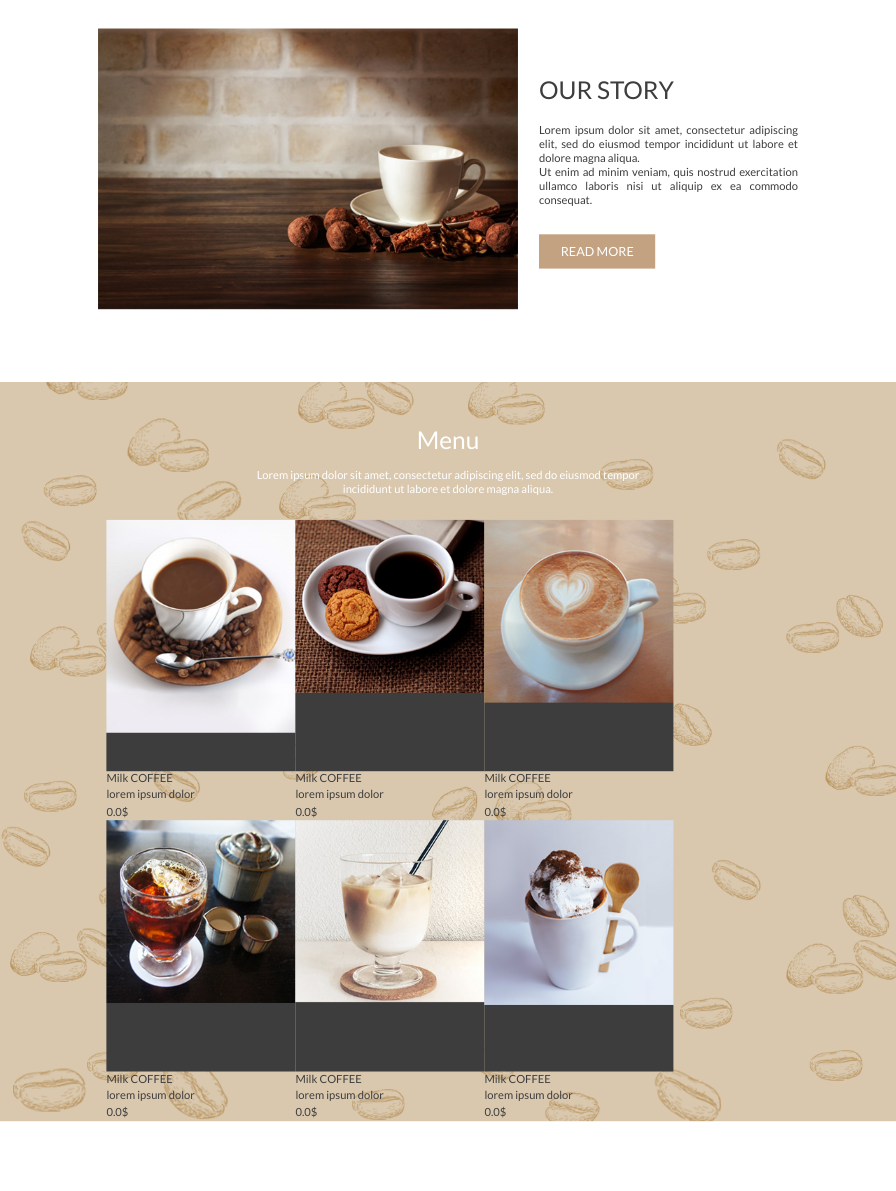
Repository: kuluong2000/coffe
Page: index.html
These files come from the project's save history. The page is drawn as it stood at one moment and after the next save; the edit follows.
The browser window is 1280 px wide. The pictures show the part of the page from y = 714 to 2634 px (the page is 2416 px tall before and 2634 px after), at 70% of full size.

Above is the page before, as saved 2021-10-04 21:56:50.

### index.html
<!DOCTYPE html>
<html lang="en">
  <head>
    <meta charset="UTF-8" />
    <meta http-equiv="X-UA-Compatible" content="IE=edge" />
    <meta name="viewport" content="width=device-width, initial-scale=1.0" />
    <link rel="stylesheet" href="./libs/css/bootstrap.min.css" />
    <link rel="stylesheet" href="./libs/css/animate.css" />
    <link rel="stylesheet" href="./libs/css/slick-theme.css" />
    <link rel="stylesheet" href="./libs/css/slick.css" />
    <link rel="stylesheet" href="./Assets/css/reset.css" />
    <link rel="stylesheet" href="./Assets/css/style.css" />
    <link rel="stylesheet" href="./Assets/css/responsive.css" />
    <title>Document</title>
  </head>
  <body>
    <header class="header">
      <div class="container">
        <div class="row">
          <div class="header-main">
            <div class="header-menu">
              <a href="#">
                <img src="./Assets/image/logo.png" alt="" srcset="" />
              </a>
            </div>
            <nav>
              <ul class="header-menu">
                <li class="header-menu-item"><a href="#" class="header-menu-link">Home</a></li>
                <li class="header-menu-item"><a href="#" class="header-menu-link">Our Story</a></li>
                <li class="header-menu-item"><a href="#" class="header-menu-link">Menu</a></li>
                <li class="header-menu-item"><a href="#" class="header-menu-link">Order</a></li>
                <li class="header-menu-item"><a href="#" class="header-menu-link">About Us</a></li>
                <li class="header-menu-item"><a href="#" class="header-menu-link">Contact</a></li>
                <li class="header-menu-item"><a href="#" class="header-menu-link">Cart</a></li>
              </ul>
            </nav>
          </div>
        </div>
      </div>
    </header>
    <main>
      <section class="banner">
        <div class="banner-img">
          <img src="./Assets/image/banner.jpg" alt="" srcset="" />
        </div>
        <div class="container">
          <div class="row">
            <div class="banner-main">
              <div class="banner-content">
                <h1 class="banner-heading">HELLO COFFEE</h1>
                <p class="banner-desc">Lorem ipsum dolor sit amet, consectetur adipiscing elit, sed do eiusmod tempor incididunt ut labore et...</p>
                <a href="#" class="btn"> Read More </a>
              </div>
            </div>
          </div>
        </div>
      </section>
      <section class="story">
        <div class="container">
          <div class="row">
            <div class="story-main">
              <div class="story-media">
                <div class="story-image">
                  <img src="./Assets/image/story.jpg" alt="" />
                </div>
              </div>
              <div class="story-info">
                <div class="story-title">Our Story</div>
                <p class="story-desc">
                  Lorem ipsum dolor sit amet, consectetur adipiscing elit, sed do eiusmod tempor incididunt ut labore et dolore magna aliqua.
                  <br />
                  Ut enim ad minim veniam, quis nostrud exercitation ullamco laboris nisi ut aliquip ex ea commodo consequat.
                </p>
                <a href="#" class="btn">Read More</a>
              </div>
            </div>
          </div>
        </div>
      </section>
      <section class="menu">
        <div class="container">
          <div class="row">
            <div class="menu-main">
              <div class="box">
                <h2 class="title menu-box-title">Menu</h2>
                <p class="desc menu-box-desc">Lorem ipsum dolor sit amet, consectetur adipiscing elit, sed do eiusmod tempor incididunt ut labore et dolore magna aliqua.</p>
              </div>
              <div class="menu-list">
                <div class="menu-item">
                  <div class="menu-item-image">
                    <img src="./Assets/image/menu_img1.jpg" alt="" />
                  </div>
                  <div class="menu-item-info">
                    <div class="menu-item-content">
                      <h2 class="menu-item-name">Milk COFFEE</h2>
                      <p class="menu-item-desc">lorem ipsum dolor</p>
                    </div>
                    <p class="menu-item-price">0.0$</p>
                  </div>
                </div>
                <div class="menu-item">
                  <div class="menu-item-image">
                    <img src="./Assets/image/menu_img2.jpg" alt="" />
                  </div>
                  <div class="menu-item-info">
                    <div class="menu-item-content">
                      <h2 class="menu-item-name">Milk COFFEE</h2>
                      <p class="menu-item-desc">lorem ipsum dolor</p>
                    </div>
                    <p class="menu-item-price">0.0$</p>
                  </div>
                </div>
                <div class="menu-item">
                  <div class="menu-item-image">
                    <img src="./Assets/image/menu_img3.jpg" alt="" />
                  </div>
                  <div class="menu-item-info">
                    <div class="menu-item-content">
                      <h2 class="menu-item-name">Milk COFFEE</h2>
                      <p class="menu-item-desc">lorem ipsum dolor</p>
                    </div>
                    <p class="menu-item-price">0.0$</p>
                  </div>
                </div>
                <div class="menu-item">
                  <div class="menu-item-image">
                    <img src="./Assets/image/menu_img4.jpg" alt="" />
                  </div>
                  <div class="menu-item-info">
                    <div class="menu-item-content">
                      <h2 class="menu-item-name">Milk COFFEE</h2>
                      <p class="menu-item-desc">lorem ipsum dolor</p>
                    </div>
                    <p class="menu-item-price">0.0$</p>
                  </div>
                </div>
                <div class="menu-item">
                  <div class="menu-item-image">
                    <img src="./Assets/image/menu_img5.jpg" alt="" />
                  </div>
                  <div class="menu-item-info">
                    <div class="menu-item-content">
                      <h2 class="menu-item-name">Milk COFFEE</h2>
                      <p class="menu-item-desc">lorem ipsum dolor</p>
                    </div>
                    <p class="menu-item-price">0.0$</p>
                  </div>
                </div>
                <div class="menu-item">
                  <div class="menu-item-image">
                    <img src="./Assets/image/menu_img6.jpg" alt="" />
                  </div>
                  <div class="menu-item-info">
                    <div class="menu-item-content">
                      <h2 class="menu-item-name">Milk COFFEE</h2>
                      <p class="menu-item-desc">lorem ipsum dolor</p>
                    </div>
                    <p class="menu-item-price">0.0$</p>
                  </div>
                </div>
              </div>
            </div>
          </div>
        </div>
      </section>
    </main>

    <script src="./libs/Js/jquery-3.5.1.slim.min.js"></script>
    <script src="./libs/Js/bootstrap.min.js"></script>
    <script src="./libs/Js/slick.min.js"></script>
    <script src="./libs/Js/wow.js"></script>
  </body>
</html>

### Assets/css/reset.css
html, body, div, span, applet, object, iframe,
h1, h2, h3, h4, h5, h6, p, blockquote, pre,
a, abbr, acronym, address, big, cite, code,
del, dfn, em, img, ins, kbd, q, s, samp,
small, strike, strong, sub, sup, tt, var,
b, u, i, center,
dl, dt, dd, ol, ul, li,
fieldset, form, label, legend,
table, caption, tbody, tfoot, thead, tr, th, td,
article, aside, canvas, details, embed,
figure, figcaption, footer, header, hgroup,
menu, nav, output, ruby, section, summary,
time, mark, audio, video {
	margin: 0;
	padding: 0;
	border: 0;
	font-size: 100%;
	vertical-align: baseline;
}
/* HTML5 display-role reset for older browsers */
article, aside, details, figcaption, figure,
footer, header, hgroup, menu, nav, section {
	display: block;
}
* {
	box-sizing: border-box;
}
body {
	line-height: 1;
  font-family: 'Muli', sans-serif;


  font-style: normal;
  font-weight: normal;
  font-size: 16px;
  line-height: 32px;
}
ol, ul {
	list-style: none;
}
blockquote, q {
	quotes: none;
}
blockquote:before, blockquote:after,
q:before, q:after {
	content: '';
	content: none;
}
table {
	border-collapse: collapse;
	border-spacing: 0;
}

img {
  max-width: 100%;
	vertical-align: bottom;
}
a {
	outline: none;
}

### Assets/css/style.css
@import url('https://fonts.googleapis.com/css2?family=Lato:ital,wght@0,400;0,700;0,900;1,300;1,400;1,700;1,900&display=swap');
body{
    font-family: 'Lato', sans-serif;
    font-size: 16px;
    line-height: 1.6;
    color: #3d3d3d;
    font-weight: 400;
}
.header{
    position: absolute;
    width: 100%;
    background-color: rgba(0,0,0 , 0.5);
    padding: 20px 0 20px;
    z-index: 99;
}
.header-main{
    display:flex;
    justify-content: space-between;
    align-items: center;
}
.header-menu{
    display:flex;
    justify-content: space-between;
    align-items: center;
}
.header-menu-item{
    list-style-type: none;
}
.header-menu-item:not(:first-child){
    margin-left: 25px;
}
.header-menu-link{
    position: relative;
    color: white;
    text-transform: uppercase;
    text-decoration: none;
    font-size: 12px;
    padding-bottom: 7px;

}
.header-menu-link::before{
    content: '';
    position: absolute;
    bottom: 0;
    left:  0;
    height: 2px;
    width: 100%;
    background-color: #c3a281;
    transform: scale(0);
    transition: 0.5s;
    transform-origin: right;
}
.header-menu-link:hover,
.header-menu-link:hover::before{
    color: #c3a281;
    transform: scale(1);
}
.banner{
    position: relative;
    min-height: 660px;
}
.banner-img{
    position: relative;
    z-index: -1;
    object-fit: cover;
    width: 100%;
}
.banner-img img{
    width: 100%;
}

.banner-main{
    position: absolute;
    left: auto;
    top: 50%;
    transform: translateY(-50%);
    color: white;
    width: max-content;

}

.banner-heading{
    font-weight: 400;
    font-size: 48px;
    letter-spacing: 0.5px;
    margin-bottom: 40px;
}
.banner-desc{
    width: 390px;
    margin-bottom: 40px;
}
.btn{
    font-size: 18px;
    color: white;
    font-weight: 400;
    padding: 10px 30px;
    background-color: #c3a281;
    border-radius: 0%;
    text-transform: uppercase;
}
.btn:hover{
    color: white;
}
.story{
    padding-top: 95px;
    min-height: 600px;
}
.story-main{
    display:flex;
    padding: 0 70px;
    align-items: center;
}
.story-media{
    position: relative;
}
.story-icon-play{
    position: absolute;
    top: 50%;
    left: 50%;
    transform:translate(-50%,-50%);
}
.story-image{
    min-width: 600px;
    height: 100%;
    object-fit: cover;
}
.story-image img{
    width: 100%;
    height: 100%;
}
.story-info{
    margin-left: 30px;
}
.story-title{
    font-size: 35px;
    margin-bottom: 20px;
    text-transform: uppercase;
}
.story-desc{
    text-align: justify;
    margin-bottom: 40px;
    line-height: 20px;
}
.menu{
    margin-bottom: 100px;
    background: url(/Assets/image/menu_bg.png) no-repeat center / cover;
}
.box{
    padding-top: 60px;
    margin: 0 auto;
    width: 100%;
    max-width: 570px;
    text-align: center  ;
}
.title{
    font-size: 35px;
    margin-bottom: 20px;
    color: white;
}
.desc{
    line-height: 20px;
    color: white;
    margin-bottom: 35px;
}
.menu-list{
    /* display: grid;
    grid-template-columns: repeat(3,1fr);
    grid-gap: 80px 110px; */
    display: flex;
    flex-wrap: wrap;
    padding: 0 70px;

}

.menu-item{
    width: calc((100% - 110px) / 3;
    position: relative;

}
.menu-item:hover .menu-item-info{
    height: 130px;
    background-color: #3d3d3d;
    color: #c3a281;
}
.menu-item:hover .menu-item-price{
    display: none;
}
.menu-item:hover .menu-item-name{
    border-bottom: 2px solid #c3a281;
}
.menu-item-info{
    display: flex;
    justify-content: space-between;
    background-color: #c3a281;
    padding: 20px 15px;
    width: 270px;
    height: 100px;
    position: absolute;
    bottom: 0;
    left: 0;
    transition: all 0.5s ease;
}

.menu-item-name{
    font-size: 24px;
    margin-bottom: 10px;
}
.menu-item-price{
    font-size: 24px;
}

### Assets/css/responsive.css
@media (min-width:1400px){
    .container{
        max-width: 1170px;
    }
}

Loaded but not shown: libs/css/bootstrap.min.css (library); libs/css/animate.css (library); libs/css/slick-theme.css (library); libs/css/slick.css (common file); libs/Js/jquery-3.5.1.slim.min.js (library); libs/Js/bootstrap.min.js (library); libs/Js/slick.min.js (library); libs/Js/wow.js (library)

After the next save:
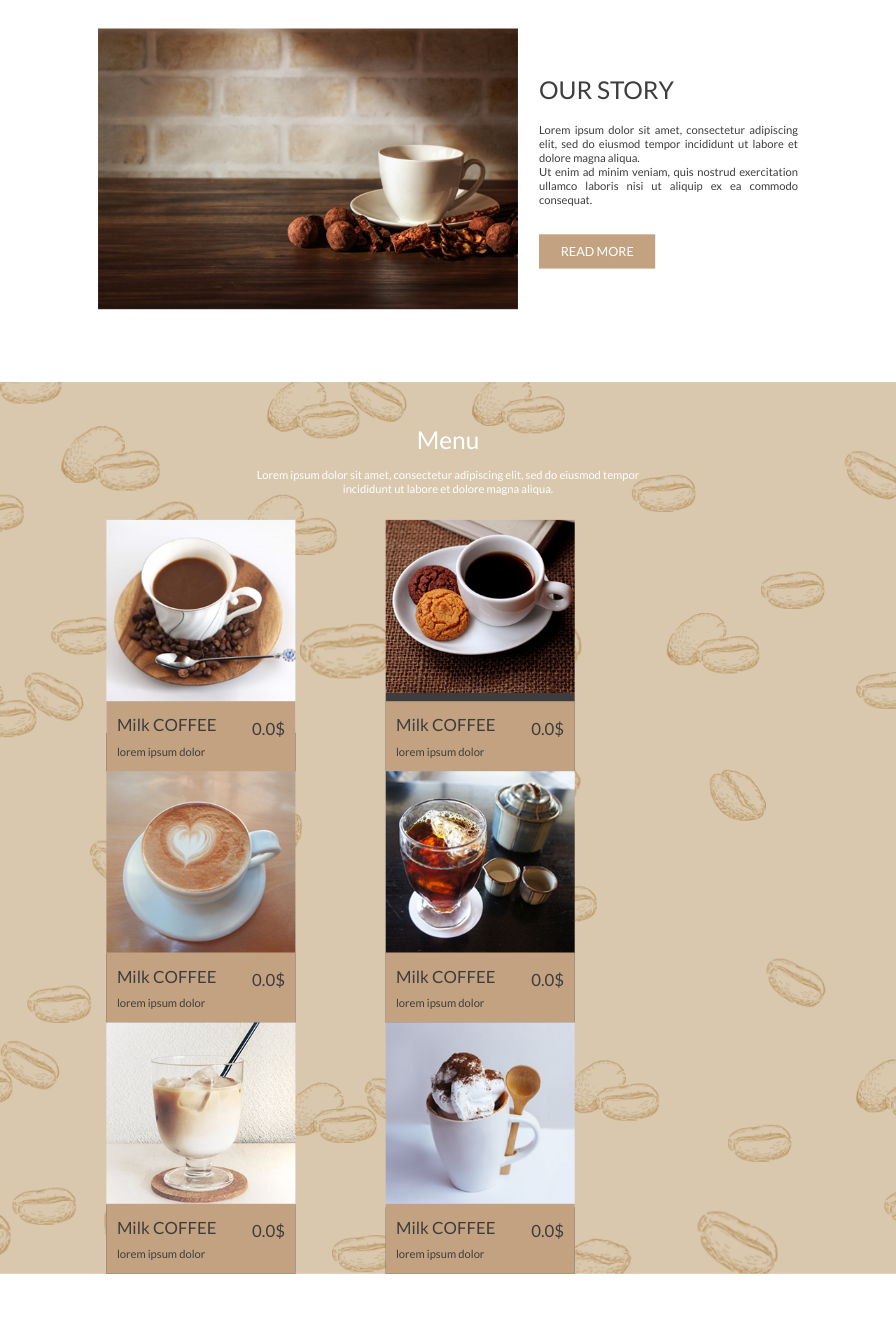
Saved 13 s later.
--- a/Assets/css/style.css
+++ b/Assets/css/style.css
@@ -173,7 +173,8 @@ body{
 }
 
 .menu-item{
-    width: calc((100% - 110px) / 3;
+    width: calc((100% - 110px) /3);
+    margin-right: 110px;
     position: relative;
 
 }
